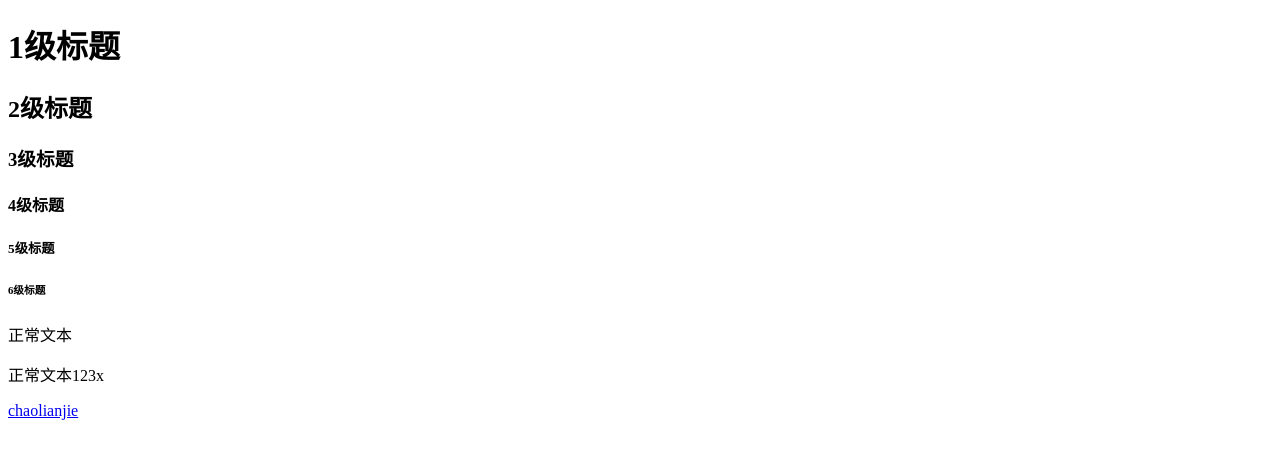
Repository: SharkPem/WebLearn
Page: demo/Test.html
The author's editor kept a copy of each file at every save. The page is drawn from the files as they stood at one save, then again after the next save.
The browser window is 1280 px wide. The pictures show the whole page.

Above is the page before, as saved 2022-03-17 16:28:40.

### demo/Test.html
<!DOCTYPE html>
<html lang="zh-CN">

<head>
    <meta charset="UTF-8">
    <meta http-equiv="X-UA-Compatible" content="IE=edge">
    <!-- meta http-equiv="refresh" content="6;url=https://www.baidu.com"/-->
    <meta name="viewport" content="width=device-width, initial-scale=1.0">
    <meta name="keywords" content="中文备注"/>
    <title>Pem </title>

</head>

<body>
    <h1>1级标题</h1>
    <h2>2级标题</h2>
    <h3>3级标题</h3>
    <h4>4级标题</h4>
    <h5>5级标题</h5>
    <h6>6级标题</h6>
    <p>正常文本</p>
    <p>正常文本123x</p>
    <a href="https://www.baidu.com">chaolianjie</a>
</body>

</html>

After the next save:
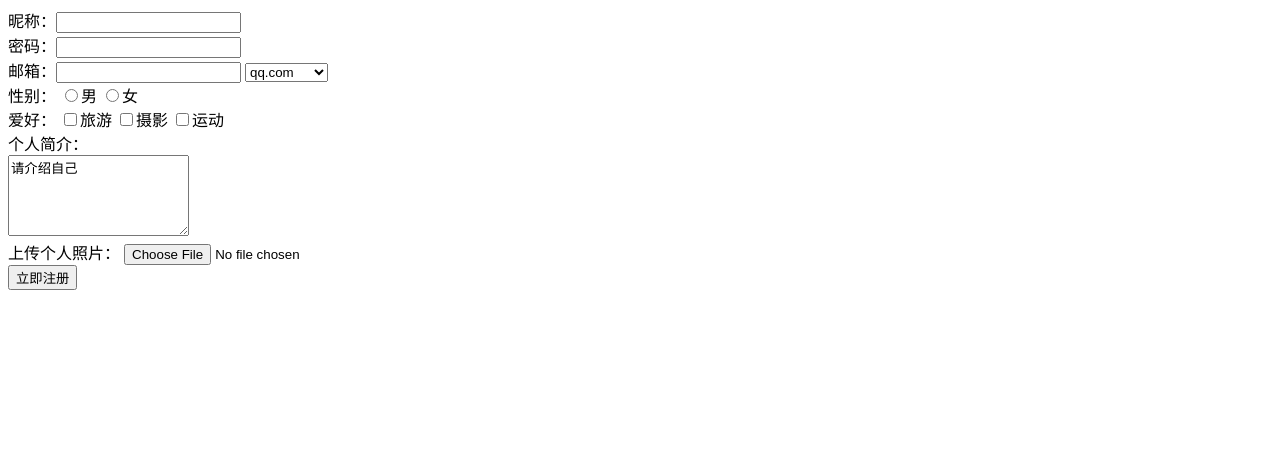
Saved 5 days later.
--- a/demo/Test.html
+++ b/demo/Test.html
@@ -1,5 +1,5 @@
 <!DOCTYPE html>
-<html lang="zh-CN">
+<html lang="zh-CN" xmlns="http://www.w3.org/1999/html">
 
 <head>
     <meta charset="UTF-8">
@@ -12,15 +12,30 @@
 </head>
 
 <body>
-    <h1>1级标题</h1>
-    <h2>2级标题</h2>
-    <h3>3级标题</h3>
-    <h4>4级标题</h4>
-    <h5>5级标题</h5>
-    <h6>6级标题</h6>
-    <p>正常文本</p>
-    <p>正常文本123x</p>
-    <a href="https://www.baidu.com">chaolianjie</a>
+    <form>
+        昵称：<input type="text"/><br/>
+        密码：<input type="password"/><br/>
+        邮箱：<input type="text"/>
+        <select>
+            <option>qq.com</option>
+            <option>163.com</option>
+            <option>gmail.com</option>
+        </select><br/>
+        性别：
+        <input type="radio" name="gender"/>男
+        <input type="radio" name="gender">女<br/>
+        爱好：
+        <input type="checkbox" name="like"/>旅游
+        <input type="checkbox" name="like"/>摄影
+        <input type="checkbox" name="like"/>运动
+        <br/>
+        个人简介：<br/><textarea rows="5" cols="20">请介绍自己</textarea>
+        <br/>
+        上传个人照片：
+        <input type="file"/><br/>
+        <input type="submit" value="立即注册"/>
+
+    </form>
 </body>
 
 </html>
